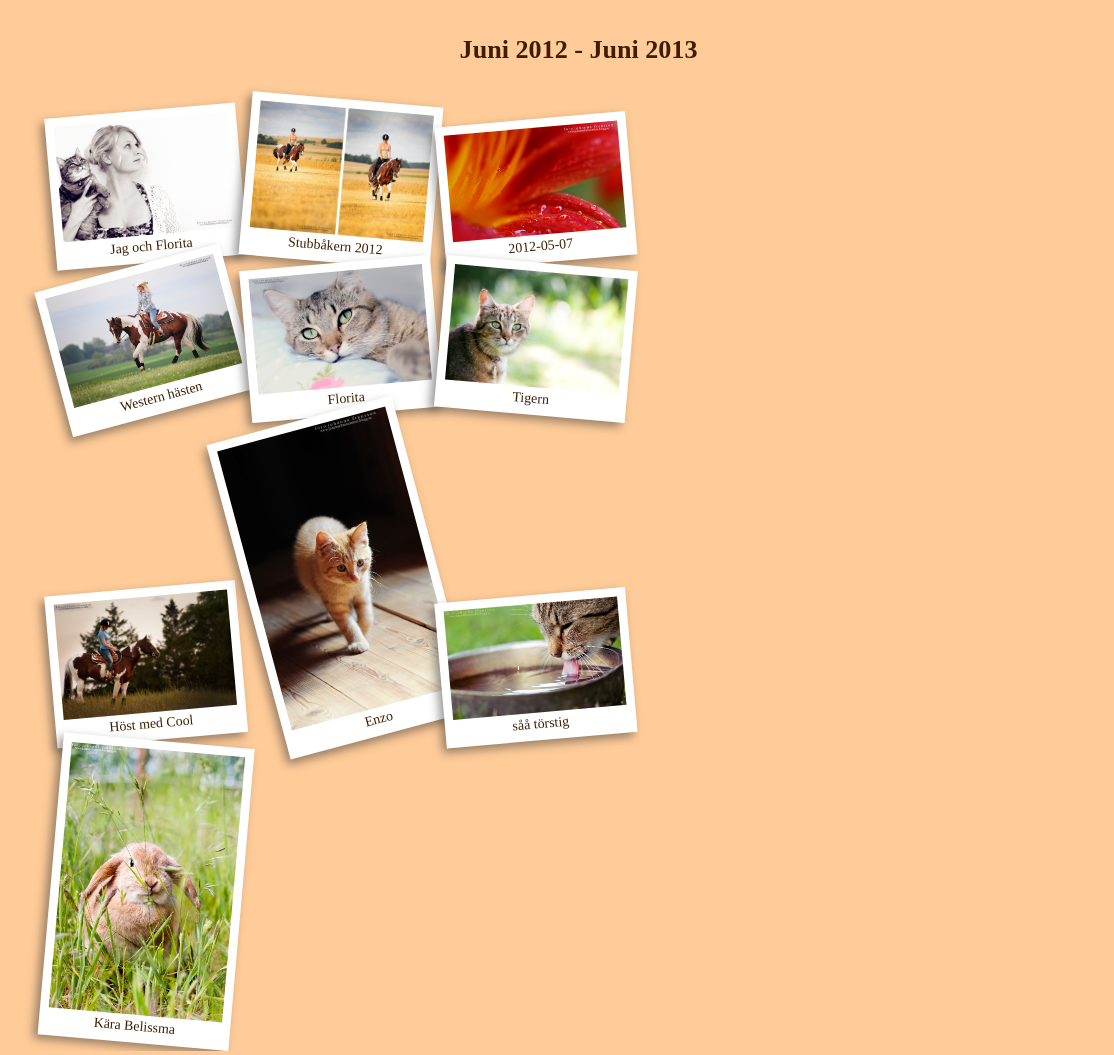
Repository: RebeccaFransson/Interfacedevelopment-1IK415
Page: galleri/index.html
The author's editor kept a record of every edit. The page is drawn from the files as they stood at one moment, then again after the next edit.
The browser window is 1280 px wide. The pictures show the whole page, at 87% of full size.

Above is the page before.

After the next edit:
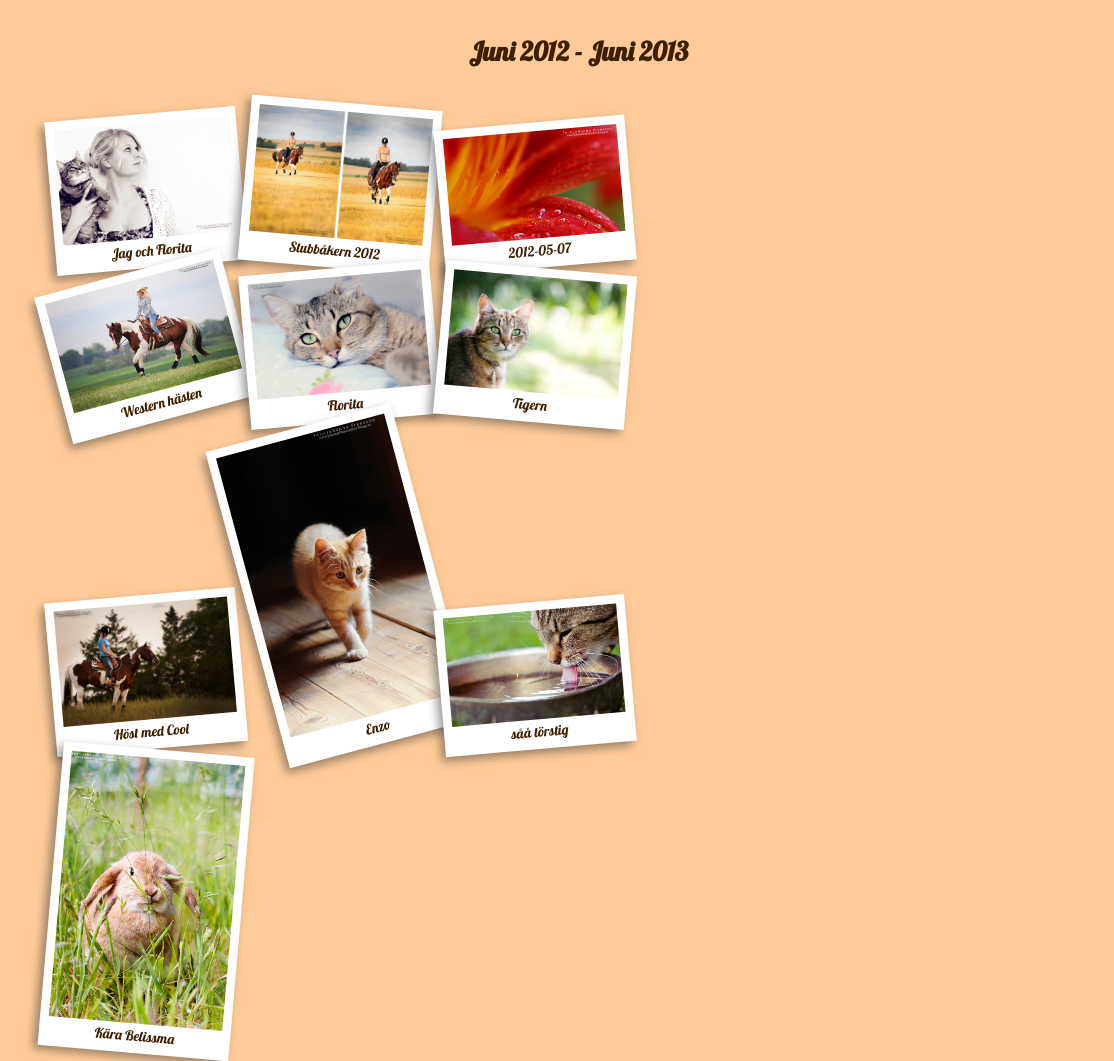
The edit:
--- a/galleri/css/style.css
+++ b/galleri/css/style.css
@@ -1,5 +1,5 @@
 body{
-    font-family: 'Indie Flower', cursive;
+   font-family: 'Lobster', cursive;
     background-color:#FFCC99;
 
 }
